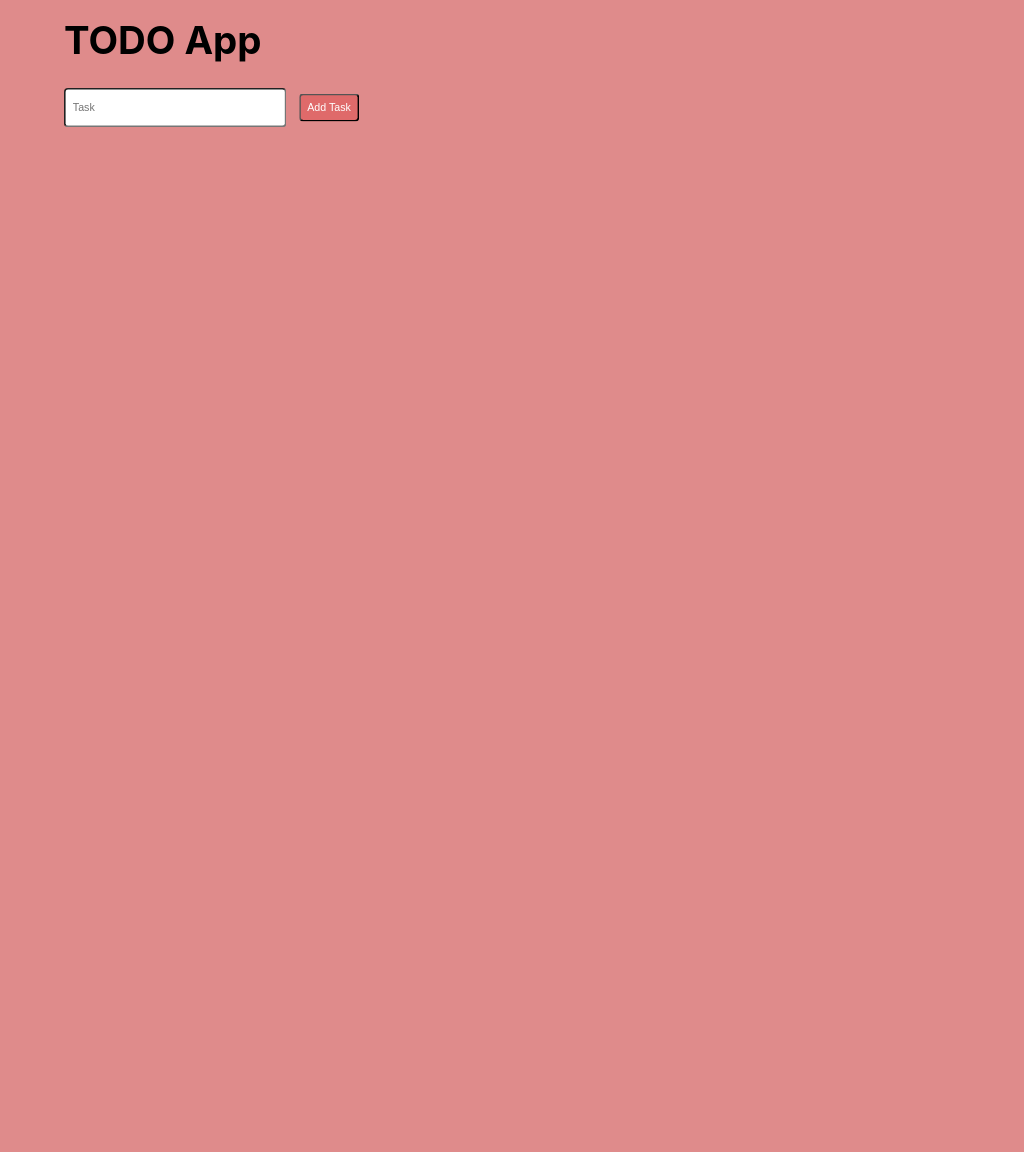
Repository: BhanuKaukuntla/TodoApp
Page: /
The author's editor kept a copy of each file at every save. The page is drawn from the files as they stood at one save, then again after the next save.
The browser window is 1280 px wide. The pictures show the whole page, at 80% of full size.
The project was rebuilt for these pictures with package versions that can differ from the ones it lists, and the page was loaded fresh each time. Also part of the build but not shown: src/components/TodoItem/TodoItem.js.

Above is the page before, as saved 2021-12-04 09:57:04.

### src/index.js
import React from "react";
import ReactDOM from "react-dom";
import "./index.css";
import App from "./App";
import { Provider } from "react-redux";
import store from "./store";
import { PersistGate } from "redux-persist/integration/react";
import { persistor } from "./store";

ReactDOM.render(
  <React.StrictMode>
    <Provider store={store}>
      <PersistGate persistor={persistor}>
        <App />
      </PersistGate>
    </Provider>
  </React.StrictMode>,
  document.getElementById("root")
);

### src/index.css
*{
  margin: 0;
  padding: 0;
  /* font-family: "montserrat",sans-serif; */
  /* box-sizing: border-box; */
}

body {
  margin: 0;
  font-family: -apple-system, BlinkMacSystemFont, "Segoe UI", "Roboto", "Oxygen",
    "Ubuntu", "Cantarell", "Fira Sans", "Droid Sans", "Helvetica Neue",
    sans-serif;
  -webkit-font-smoothing: antialiased;
  -moz-osx-font-smoothing: grayscale;
}

/* code {
  font-family: source-code-pro, Menlo, Monaco, Consolas, "Courier New",
    monospace;
} */
.App {
  /* text-align: center; */
  height: 200vh;
  /* max-height: 100%; */
  /* background-color: #e77a7a; */
  background-color: #df8b8b;
  margin-top: 0%;
  /* position: fixed; */
  width: 100%;
}

.title{
  padding-top: 20px;
  margin-left: 5rem;
  font-size: xxx-large;
}

.todoInput{
  margin-top: 1rem;
  margin-left: 5rem;
  font-size: x-large;
  margin-bottom: 1rem;
  /* width: 5rem; */
}

.form{
  border-radius: 10px;
  font-size: large;
  padding: 15px;
  /* width: 9rem; */
  padding-left: 0;
}

.input{
  border-radius: 5px;
  /* font-size: large; */
  padding: 9px;
  width: 16rem;
  height: 1.7rem;
}

.inputButton{
  margin-left: 1rem;
  padding: 8px;
  border-radius: 5px;
  color: white;
  background-color: #df6a6a;
}

.todoList{
  /* align-items: center; */
  justify-content: space-between;
  display: flex;
  flex-direction: column;
  margin-bottom: 3rem;
}

.todoItem{
  /* padding: 5px;
  background-color: white;
  opacity: 0.8; */
  margin-right: 2rem;
  margin-left: 5rem;
  font-size: x-large;
  display: flex;
  align-items: center;
  justify-content: space-between;
  /* max-width: 20rem; */
  background-color: #ffffff;
  opacity: 0.5;
  margin-top: 1rem;
  border-radius: 5px;
  max-height: 3.4rem;
  /* max-width: 22.5rem; */
  padding: 2px;
  width: 21rem;
  height: 2.9rem;
  color: rgb(0, 0, 0);
  padding-left: 20px;
  font-weight: bold;
}

.editButton{
  /* margin-left: 1rem; */
  /* margin-right: 1px; */
  /* display: none; */
  /* border-radius: 1px; */
  display: inline-block;
  margin-left: auto;
  margin-right: 1rem;
  background-color: white;

}

.editTodo{
  /* align-items: center;
  margin-left: 1rem;
  margin-bottom: 0.5rem;
  margin-right: .5rem;
  padding: 3px; */
  padding: 9px;
  margin-left: 4rem;
  margin-right: auto;
}

.formItem{
  width: 10rem;
  padding: 11px;
  background-color: #fcd7d7;
}

.deleteButton{
  /* margin-left: 1rem; */
  margin-right: 8px;
  /* border-radius: 1px; */
  /* background-color: white;
  color: black; */
}

.icons{
  /* display: flex; */
  /* margin-left: 1rem; */
  /* justify-content: space-between; */
  display: flex-end;
}

### src/App.js
import AddTodo from "./components/AddTodo/AddTodo";
import TodoList from "./components/TodoList/TodoList";
import { useSelector } from "react-redux";
function App() {
  const taskobj = useSelector((state) => state.todos.data);
  return (
    <div className='App'>
      <h1 className="title">TODO App</h1>
      <AddTodo />
      <TodoList />
    </div>
  );
}

export default App;

### src/store.js
import { createStore } from "redux";
import rootReducer from "./reducers";
import { persistStore, persistReducer } from "redux-persist";
import storage from "redux-persist/lib/storage";

const persistConfig = {
  key: "root",
  storage,
};

const persistedReducer = persistReducer(persistConfig, rootReducer);

const store = createStore(
  persistedReducer,
  window.__REDUX_DEVTOOLS_EXTENSION__ && window.__REDUX_DEVTOOLS_EXTENSION__()
);

export const persistor = persistStore(store);

export default store;

### src/components/AddTodo/AddTodo.js
import React, { useState } from "react";
import { useDispatch } from "react-redux";
import { addTodo } from "../../actions";
import cuid from "cuid";

const AddTodo = () => {
  const [tasks, setTasks] = useState("");
  const dispatch = useDispatch();
  function handleInputChange(e) {
    setTasks(e.target.value);
    console.log(tasks);
  }
  function handleFormSubmit(e) {
    e.preventDefault();
    dispatch(addTodo({ task: tasks, id: cuid() }));
    e.target.userInput.value = "";
    console.log(tasks);
  }
  return (
    <div className="todoInput">
      <form className="form" onSubmit={handleFormSubmit}>
      <input
        className="input"
        placeholder="Task"
        type='text'
        name='userInput'
        onChange={(e) => handleInputChange(e)}
      />
      <button className="inputButton" type='submit'>Add Task</button>
     </form>
    </div>
  );
};

export default AddTodo;

### src/components/TodoList/TodoList.js
import React from "react";
import TodoItem from "../TodoItem/TodoItem";
import { useSelector } from "react-redux";

const TodoList = () => {
  const taskobj = useSelector((state) => state.todos.data);
  const taskItems = taskobj.map((task) => {
    return <TodoItem task={task} key={task.id} />;
  });

  return(
     <div className="todoList">
        {taskItems}
    </div>
    )
};

export default TodoList;

### src/reducers/index.js
import { combineReducers } from "redux";
import todos from "./todos";

const rootReducer = combineReducers({
  todos,
});
export default rootReducer;

### src/actions/index.js
import { ADD_TODO, DELETE_TODO, UPDATE_TODO } from "./types";

export const addTodo = (message) => ({
  type: ADD_TODO,
  message,
});

export const deleteTodo = (id) => ({
  type: DELETE_TODO,
  id,
});

export const updateTodo = ({ message, id }) => ({
  type: UPDATE_TODO,
  message,
  id,
});

### src/reducers/todos.js
const initialState = {
  data: [],
};

const todos = (state = initialState, action) => {
  switch (action.type) {
    case "ADD_TODO":
      return {
        ...state,
        data: [...state.data, action.message],
      };
    case "DELETE_TODO":
      return {
        ...state,
        data: [...state.data.filter((todo) => todo.id !== action.id)],
      };
    case "UPDATE_TODO":
      return {
        ...state,
        data: [
          ...state.data.filter((todo) => todo.id !== action.id),
          { task: action.message, id: action.id },
        ],
      };
    default:
      return state;
  }
};

export default todos;

### src/actions/types.js
export const ADD_TODO = "ADD_TODO";
export const DELETE_TODO = "DELETE_TODO";
export const UPDATE_TODO = "UPDATE_TODO";

Loaded but not shown: public/index.html (common file)

After the next save:
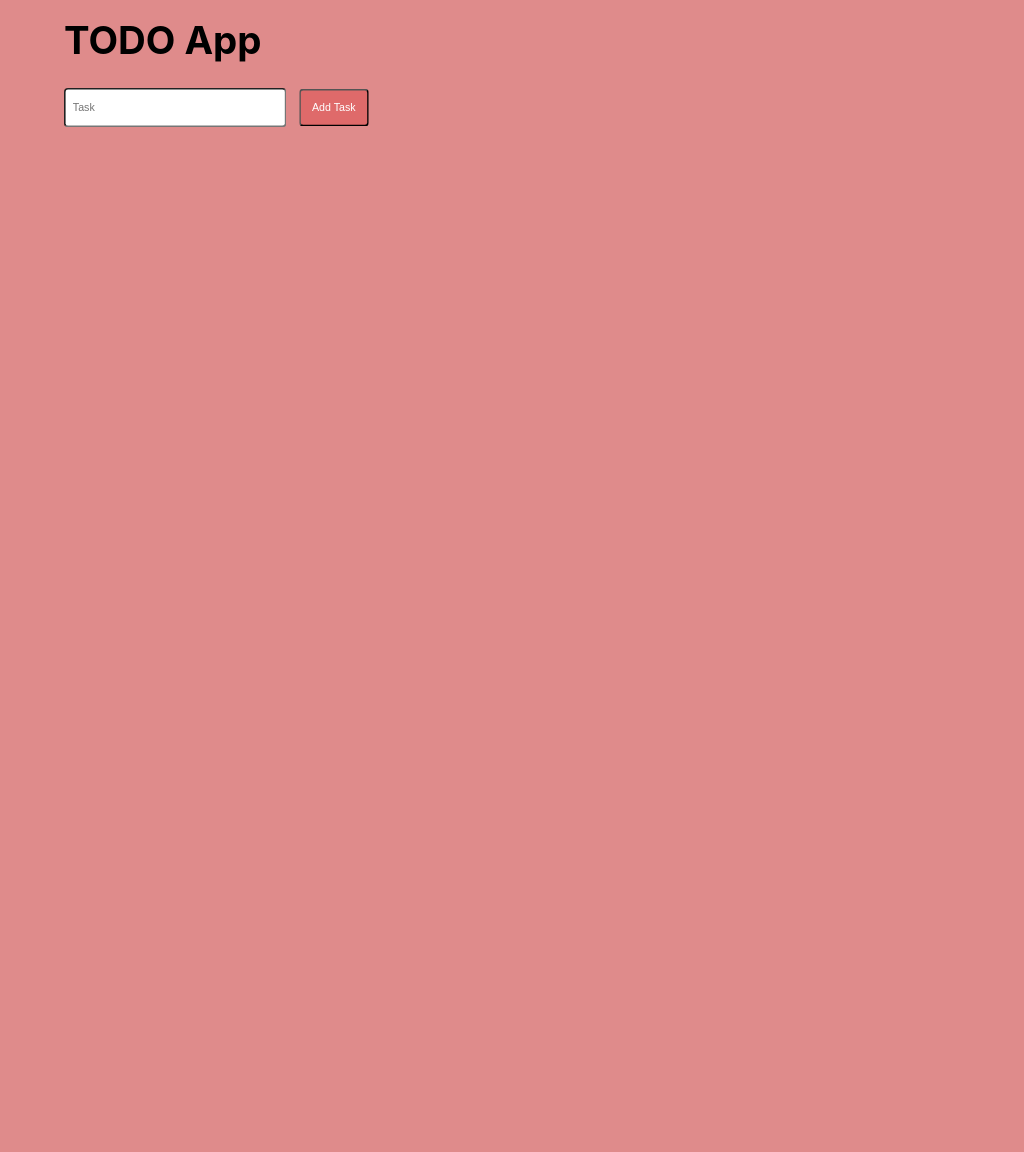
Saved 15 s later.
--- a/src/index.css
+++ b/src/index.css
@@ -61,7 +61,7 @@ body {
 
 .inputButton{
   margin-left: 1rem;
-  padding: 8px;
+  padding: 14px;
   border-radius: 5px;
   color: white;
   background-color: #df6a6a;
